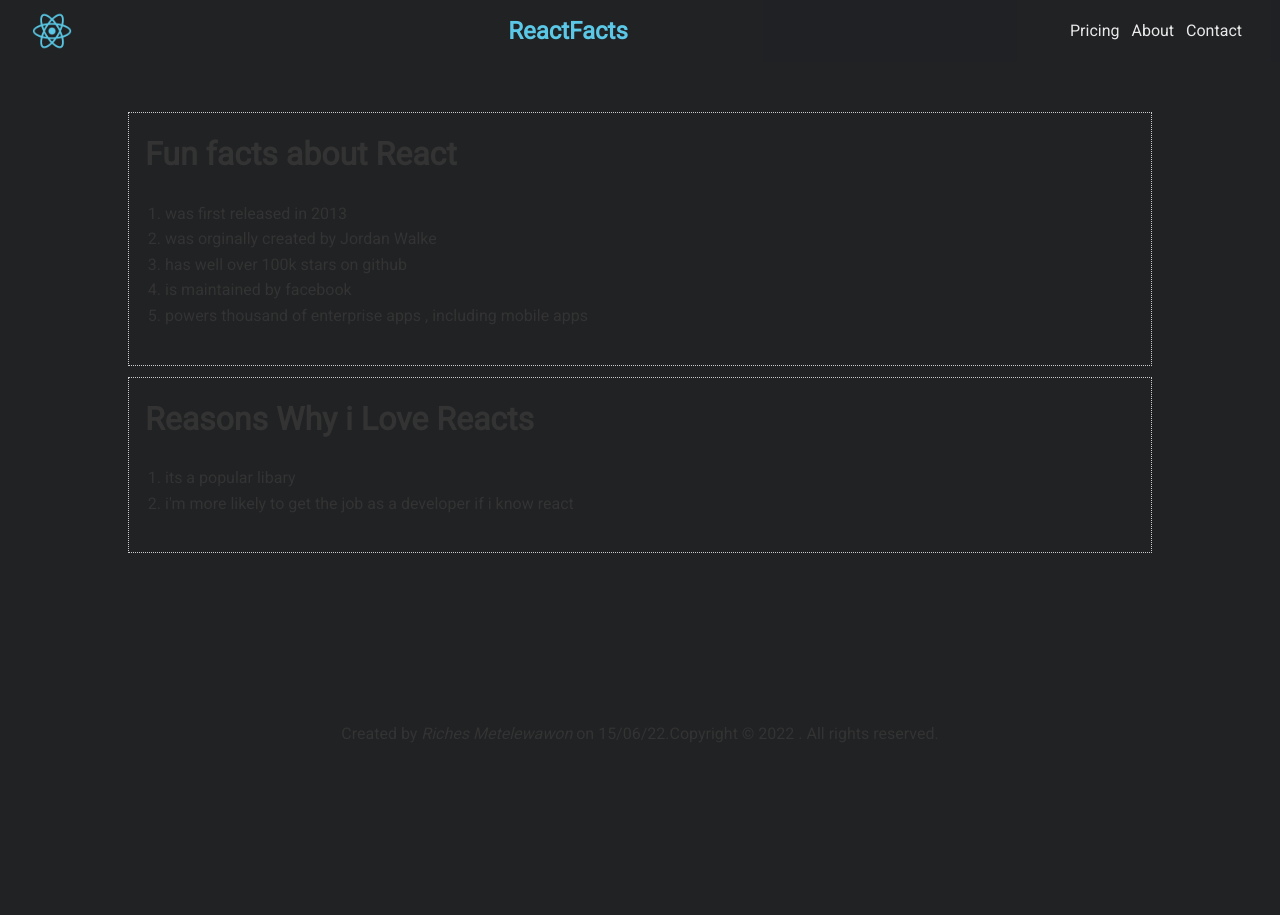
Repository: Richswag009/my-travel-journal
Page: /
The author's editor kept a copy of each file at every save. The page is drawn from the files as they stood at one save, then again after the next save.
The browser window is 1280 px wide. The pictures show the whole page.
The project was rebuilt for these pictures with package versions that can differ from the ones it lists, and the page was loaded fresh each time.

Above is the page before, as saved 2022-06-15 14:12:32.

### public/index.html
<!DOCTYPE html>
<html lang="en">
  <head>
    <meta charset="utf-8" />
    <link rel="icon" href="%PUBLIC_URL%/favicon.ico" />
    <meta name="viewport" content="width=device-width, initial-scale=1" />
    <meta name="theme-color" content="#000000" />
    <meta name="description"content="Web site created using create-react-app"/>
    <link rel="apple-touch-icon" href="%PUBLIC_URL%/logo192.png" />
    <link rel="manifest" href="%PUBLIC_URL%/manifest.json" />
    <title>React Fact</title>
  </head>
  <body>
    <noscript>You need to enable JavaScript to run this app.</noscript>
    <div id="root"></div>

  </body>
</html>

### src/App.js

import React,{Component} from 'react';
import './App.css';
import Maincontent from './component/maincontent/Maincontent';
import Navbar from './component/layout/Navbar';
import Footer from './component/layout/Footer';
// import Users from './component/users/Users';
class App extends Component{
  render(){

    return (
      <div className="App">
       <Navbar/>
       <Maincontent/>
       <Footer/>
        </div>
    );
  }
}

export default App;

### src/App.css
@import url('https://fonts.googleapis.com/css?family=Roboto');

/* Global Styles */
:root {
  --primary-color: #dc3545;
  --dark-color: #333333;
  --light-color: #f4f4f4;
  --danger-color: #dc3545;
  --success-color: #28a745;
}

* {
  box-sizing: border-box;
  margin: 0;
  padding: 0;
}

body {
  font-family: 'Roboto', sans-serif;
  font-size: 1rem;
  line-height: 1.6;
  background-color: #212224;
  color: #333;
}

a {
  color: var(--primary-color);
  text-decoration: none;
}

a:hover {
  color: #666;
}

ul {
  list-style: none;
}ol
img {
  width: 100%;
}

/* Utilities */
.container {
  max-width: 1100px;
  margin: auto;
  overflow: hidden;
  padding: 0 2rem;
}

/* Text Styles*/
.x-large {
  font-size: 4rem;
  line-height: 1.2;
  margin-bottom: 1rem;
}

.large {
  font-size: 3rem;
  line-height: 1.2;
  margin-bottom: 1rem;
}

.lead {
  font-size: 1.5rem;
  margin-bottom: 1rem;
}

.text-center {
  text-align: center;
}

.text-primary {
  color: var(--primary-color);
}

.text-dark {
  color: var(--dark-color);
}

.text-success {
  color: var(--success-color);
}

.text-danger {
  color: var(--danger-color);
}

.text-center {
  text-align: center;
}

.text-right {
  text-align: right;
}

.text-left {
  text-align: left;
}

/* Center All */
.all-center {
  display: flex;
  flex-direction: column;
  width: 100%;
  margin: auto;
  justify-content: center;
  align-items: center;
  text-align: center;
}

/* Cards */
.card {
  padding: 1rem;
  border: #ccc 1px dotted;
  margin: 0.7rem 0;
}

/* List */
.list {
  margin: 0.5rem 0;
}

.list li {
  padding-bottom: 0.3rem;
}

/* Padding */
.p {
  padding: 0.5rem;
}
.p-1 {
  padding: 1rem;
}
.p-2 {
  padding: 2rem;
}
.p-3 {
  padding: 3rem;
}
.py {
  padding: 0.5rem 0;
}
.py-1 {
  padding: 1rem 0;
}
.py-2 {
  padding: 2rem 0;
}
.py-3 {
  padding: 3rem 0;
}

/* Margin */
.m {
  margin: 0.5rem;
}
.m-1 {
  margin: 1rem;
}
.m-2 {
  margin: 2rem;
}
.m-3 {
  margin: 3rem;
}
.my {
  margin: 0.5rem 0;
}
.my-1 {
  margin: 1rem 0;
}
.my-2 {
  margin: 2rem 0;
}
.my-3 {
  margin: 3rem 0;
}


.footer{
  margin: 22vh auto;
  padding: 10px 0;
  text-align: center;
}

/* Grid */
.grid-2 {
  display: grid;
  grid-template-columns: repeat(2, 1fr);
  grid-gap: 1rem;
}

.grid-3 {
  display: grid;
  grid-template-columns: repeat(3, 1fr);
  grid-gap: 1rem;
}

.grid-4 {
  display: grid;
  grid-template-columns: repeat(4, 1fr);
  grid-gap: 1rem;
}

.btn {
  display: inline-block;
  background: var(--light-color);
  color: #333;
  padding: 0.4rem 1.3rem;
  font-size: 1rem;
  border: none;
  cursor: pointer;
  margin-right: 0.5rem;
  transition: opacity 0.2s ease-in;
  outline: none;
}

.btn-link {
  background: none;
  padding: 0;
  margin: 0;
}

.btn-block {
  display: block;
  width: 100%;
}

.btn-sm {
  font-size: 0.8rem;
  padding: 0.3rem 1rem;
  margin-right: 0.2rem;
}

.badge {
  display: inline-block;
  font-size: 0.8rem;
  padding: 0.2rem 0.7rem;
  text-align: center;
  margin: 0.3rem;
  background: var(--light-color);
  color: #333;
  border-radius: 5px;
}

.alert {
  padding: 0.7rem;
  margin: 1rem 0;
  opacity: 0.9;
  background: var(--light-color);
  color: #333;
}

.btn-primary,
.bg-primary,
.badge-primary,
.alert-primary {
  background: var(--primary-color);
  color: #fff;
}

.btn-light,
.bg-light,
.badge-light,
.alert-light {
  background: var(--light-color);
  color: #333;
}

.btn-dark,
.bg-dark,
.badge-dark,
.alert-dark {
  background: var(--dark-color);
  color: #fff;
}

.btn-danger,
.bg-danger,
.badge-danger,
.alert-danger {
  background: var(--danger-color);
  color: #fff;
}

.btn-success,
.bg-success,
.badge-success,
.alert-success {
  background: var(--success-color);
  color: #fff;
}

.btn-white,
.bg-white,
.badge-white,
.alert-white {
  background: #fff;
  color: #333;
  border: #ccc solid 1px;
}

.btn:hover {
  opacity: 0.8;
}

.bg-light,
.badge-light {
  border: #ccc solid 1px;
}

.round-img {
  border-radius: 50%;
}

/* Forms */
input {
  margin: 1.2rem 0;
}

.form-text {
  display: block;
  margin-top: 0.3rem;
  color: #888;
}

input[type='text'],
input[type='email'],
input[type='password'],
input[type='date'],
select,
textarea {
  display: block;
  width: 100%;
  padding: 0.4rem;
  font-size: 1.2rem;
  border: 1px solid #ccc;
}

input[type='submit'],
button {
  font: inherit;
}

table th,
table td {
  padding: 1rem;
  text-align: left;
}

table th {
  background: var(--light-color);
}

/* Navbar */
.navbar {
  display: flex;
  justify-content: space-between;
  align-items: center;
  padding: 0.7rem 2rem;
  z-index: 1;
  width: 100%;
  opacity: 0.9;
  margin-bottom: 1rem;
  background-color:#212224;
}
.navbar h1{
  color: #61dafb;
  margin: 0;
}

.navbar ul {
  display: flex;
}
.navbar ul li{
  padding:0 6px ;
  color: #fff;
}

.navbar a {
  color: #fff;
  padding: 0.45rem;
  margin: 0 0.25rem;
}

.navbar a:hover {
  color: var(--light-color);
}

.navbar .welcome span {
  margin-right: 0.6rem;
}

/* Mobile Styles */
@media (max-width: 700px) {
  .hide-sm {
    display: none;
  }

  .grid-2,
  .grid-3,
  .grid-4 {
    grid-template-columns: 1fr;
  }

  /* Text Styles */
  .x-large {
    font-size: 3rem;
  }

  .large {
    font-size: 2rem;
  }

  .lead {
    font-size: 1rem;
  }

  /* Navbar */
  .navbar {
    display: block;
    text-align: center;
  }

  .navbar ul {
    text-align: center;
    justify-content: center;
  }
}

### src/component/maincontent/Maincontent.js
import React, { Component } from 'react'
// import React from "react";
export default class Maincontent extends Component {



    render() {
        return (
            <div className='content ' style={{width:'80%',margin:'50px auto'}}>

                <div className=' card'>
                    <h1>Fun facts about React</h1>
                    <ol style={{margin:'20px'}}>
                        <li>was first released in 2013</li>
                        <li>was orginally created by Jordan Walke</li>
                        <li>has well over 100k stars on github</li>
                        <li>is maintained by facebook</li>
                        <li>powers thousand of enterprise apps , including mobile apps</li>
                    </ol>
                </div>

                <div className='card'>
                    <h1>Reasons Why i Love Reacts</h1>
                    <ol style={{margin:'20px'}}>
                        <li>its a popular libary</li>
                        <li>i'm more likely to get the job as a developer if i know react</li>
                    </ol>
                </div>

            </div>
        )
    }

}
// function page(){

//         return (
//             <div>
//                 <ol>
//                     <li>Lorem ipsum dolor sit amet.</li>
//                     <li>Lorem ipsum dolor sit amet.</li>
//                     <li>Lorem ipsum dolor sit amet.</li>
//                 </ol>
//             </div>
//         )

// }export default page

### src/component/layout/Navbar.js
import React, { Component } from 'react'
import logo from '../layout/logo192.png'


export default class Navbar extends Component {


    render() {
        return (
            <div>
                <nav className='navbar'>
                 <img src={logo} alt="" style={{width:'40px',dispaly:'block'}} />
                 <h1>ReactFacts</h1>

                <ul className='px-2'>
                    <li>Pricing </li>
                    <li>About </li>
                    <li>Contact </li>
                </ul>
                </nav>
            </div>
        )
    }
}

### src/component/layout/Footer.js
import React, { Component } from 'react'

export default class Footer extends Component {



    render() {
        return (
            <div className='footer'>
               <p>Created by <i>Riches Metelewawon</i>  on 15/06/22.Copyright © 2022 . All rights reserved.
               </p>
            </div>
        )
    }
}

Loaded but not shown: src/index.js (common file)

After the next save:
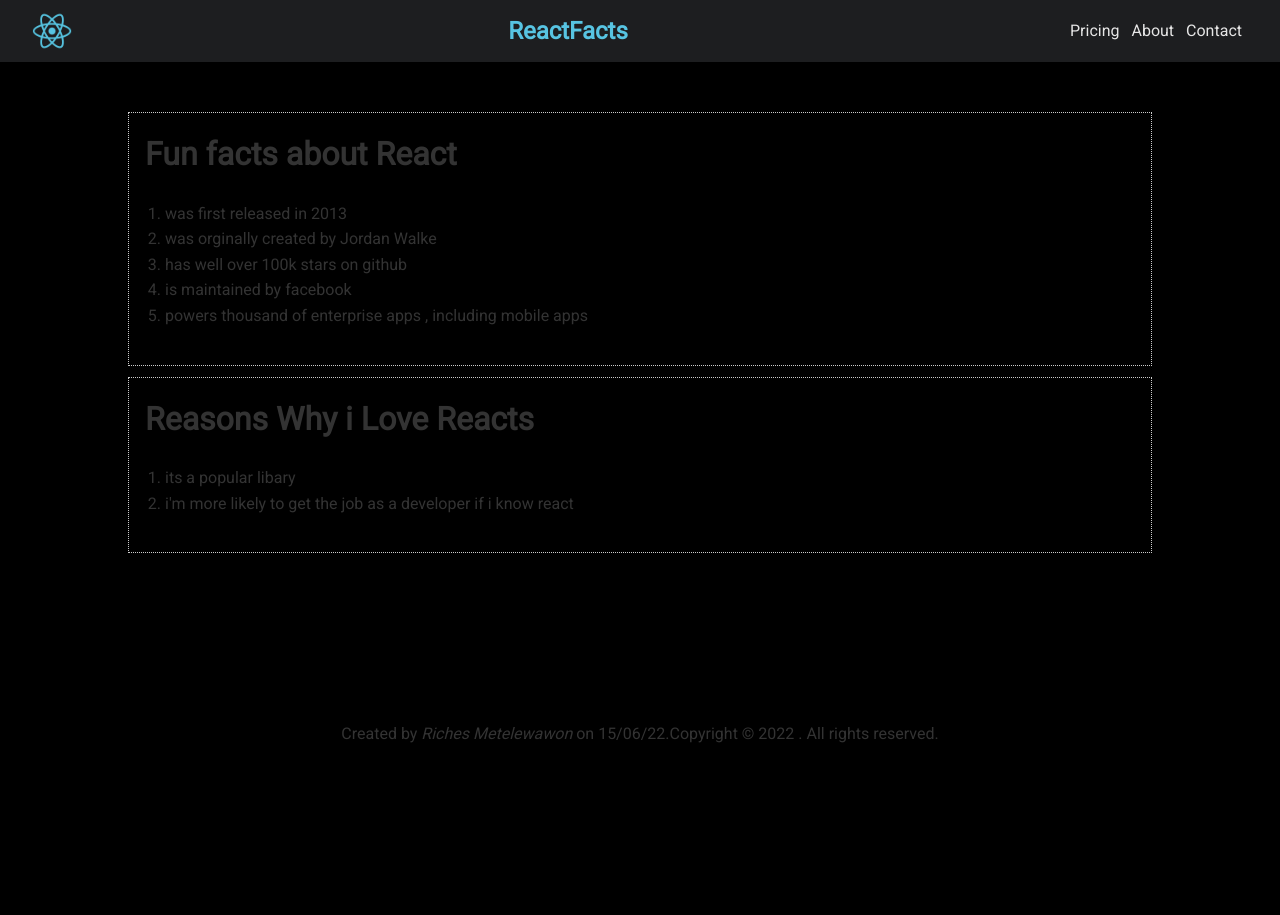
Saved 12 s later.
--- a/src/App.css
+++ b/src/App.css
@@ -19,7 +19,7 @@
   font-family: 'Roboto', sans-serif;
   font-size: 1rem;
   line-height: 1.6;
-  background-color: #212224;
+  background-color: #000000;
   color: #333;
 }
 
